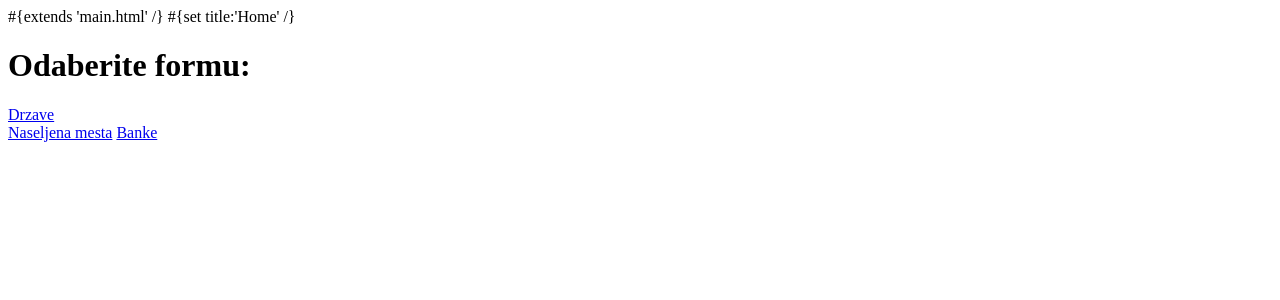
Repository: DaniloJevtovic/poslovnaInformatika
Page: project/app/views/Application/index.html
An editor plug-in stored every save of this project. The page is shown before and after the next save, followed by the edit.
The browser window is 1280 px wide. The pictures show the whole page.

Above is the page before, as saved 2017-06-09 23:35:29.

### project/app/views/Application/index.html
#{extends 'main.html' /}
#{set title:'Home' /}

<h1>Odaberite formu:</h1>

<a href="@{Drzave.show()}">Drzave</a><br>
<a href="@{NaseljenaMesta.show()}">Naseljena mesta</a>
<a href="@{Banke.show()}">Banke</a>

After the next save:
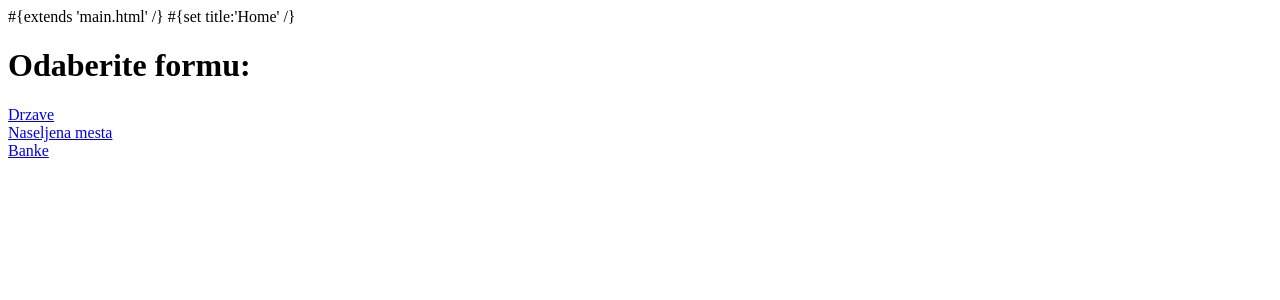
Saved 66 s later.
--- a/project/app/views/Application/index.html
+++ b/project/app/views/Application/index.html
@@ -4,5 +4,5 @@
 <h1>Odaberite formu:</h1>
 
 <a href="@{Drzave.show()}">Drzave</a><br>
-<a href="@{NaseljenaMesta.show()}">Naseljena mesta</a>
+<a href="@{NaseljenaMesta.show()}">Naseljena mesta</a><br>
 <a href="@{Banke.show()}">Banke</a>
